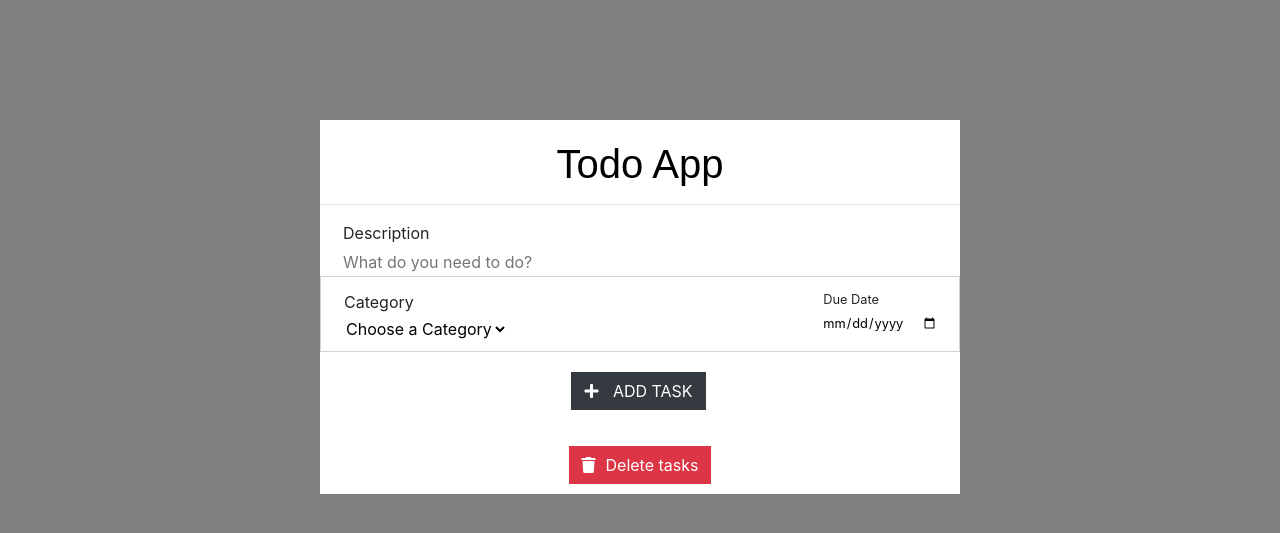
Repository: Sayan-100/Todo-List
Page: http://localhost/
These files come from the project's save history. The page is drawn as it stood at one moment and after the next save; the edit follows.
The browser window is 1280 px wide. The pictures show the whole page.
Some web libraries are served in a nearby version. The page is served by the project's Node server (index.js). Other server files are loaded and not shown. Queries for data that is not in the repository find no rows.

Above is the page before, as saved 2021-12-29 22:00:07.
Not found: js/home.js

### views/home.ejs
<!DOCTYPE html>
<html>

<head>

    <meta charset="UTF-8">
    <meta http-equiv="X-UA-Compatible" content="IE=edge">
    <meta name="viewport" content="width=device-width, initial-scale=1.0">
    <title>
        <%= title %>
    </title>
    <link rel="stylesheet" href="https://stackpath.bootstrapcdn.com/bootstrap/4.5.2/css/bootstrap.min.css" integrity="sha384-JcKb8q3iqJ61gNV9KGb8thSsNjpSL0n8PARn9HuZOnIxN0hoP+VmmDGMN5t9UJ0Z" crossorigin="anonymous">
    <link rel="stylesheet" href="https://use.fontawesome.com/releases/v5.5.0/css/all.css" integrity="sha384-B4dIYHKNBt8Bc12p+WXckhzcICo0wtJAoU8YZTY5qE0Id1GSseTk6S+L3BlXeVIU" crossorigin="anonymous">
    <link rel="stylesheet" href="/css/style.css">

</head>

<body>

    <div class="container">
        <h1> Todo App </h1>
        <hr>
        <form id="create-form" action="/create_todo" method="POST">
            <div class="description">
                <p>Description</p>
                <input type="text" name="description" id="desc" placeholder="What do you need to do?" required>
            </div>

            <div class="options">

                <div class="cat">
                    <p>Category</p>
                    <select name="category" placeholder="Choose a Category" id="cat" required>
                        <option name="Choose" selected>Choose a Category</option>
                        <option name="Personal">Personal</option>
                        <option name="Work">Work</option>
                        <option name="Cleaning">Cleaning</option>
                        <option name="School">School</option>
                        <option name="others">Others</option>
                    </select>
                </div>

                <div class="date">
                    <p>Due Date</p>
                    <input type="date" name="date" placeholder="dd/mm/yyyy">
                </div>
            </div>

            <div class="buttons">
                <button type="submit" class="btn btn-dark btn-1">
                    <i class="fas fa-plus"></i>
                    ADD TASK
                </button>

            </div>

        </form>



        <!-- form attribute is used to link the button with the form  by specifying the id -->

        <form id="delete-form" action="/delete-todo" method="POST">
            <ul>
                <% for(let i of todo_list) {%>
                    <li class="single-todo">

                        <div class="check">
                            <input type="checkbox" id="check" name="<%=i._id%>" value="">
                            <!-- name attribute is used to take id of selected to do list from the from tag to the controller-->

                            <div class="desc_and_date">
                                <b>
                                    <span>
                                        <%= i.Description%>
                                    </span>
                                </b>

                                <span class="date">
                                   <i class="fas fa-calendar"></i>
                                    <%=i.DueDate%>
                                </span>
                            </div>
                        </div>

                        <div id="category">
                            <span>
                                <%= i.Category %>
                            </span>
                        </div>

                    </li>
                    <% } %>
            </ul>

            <div class="submitbtn">
                <button type="submit" class="btn btn-danger btn-2" form="delete-form"><i class="fas fa-trash"></i>Delete tasks</button>
            </div>

        </form>
    </div>



    <script type="text/javascript" src="/js/home.js">
    </script>

</body>

</html>

### index.js
const express = require('express');
const path = require('path');
const port = 8000;

const db = require('./config/mongoose');
const to_do = require('./models/to-do');

const app = express();

app.set('view engine', 'ejs');
app.set('views', path.join(__dirname, 'views'));

app.use(express.urlencoded());
app.use(express.static('assests'));
app.get('/', function(req, res) {

    //res.send('<h1>cool it is running or is it ?</h1>')
    to_do.find({}, function(err, todos) {
        if (err) {
            console.log('Error in fetching todo from db');
            return;
        }

        return res.render('home', {
            title: "My todo List",
            todo_list: todos
        });
    });

});

app.post('/delete-todo', function(req, res) {
    let id = req.query.id;
    Object.keys(req.body).forEach(function(id) {
        to_do.findByIdAndDelete(id, function(err) {
            if (err) {
                console.log('Error in deleting a object form database');
                return;
            }
        });
        return res.redirect('back');
    })
});

//   to_do.findByIdAndDelete(id, function(err) {
//         if (err) {
//             console.log('Error in deleting a object form database');
//             return;
//         }

//         return res.redirect('back');
//})
app.post('/create_todo', function(req, res) {

    console.log(req.body);
    let date = "NO DEADLINE";
    console.log('**********', date);
    if (req.body.date) {
        date = req.body.date;
    }

    to_do.create({
        Description: req.body.description,
        Category: req.body.category,
        DueDate: date

    }, function(err, newTodo) {

        if (err) {
            console.log('Error in creating a todo');
            return;
        }

        console.log('**********', newTodo);
        return res.redirect('back');

    });
});


app.listen(port, function(err) {
    if (err) {
        console.log('Error in running server');
    }

    console.log('Yup! my server is running on port', port);
});

### assests/css/style.css
body {
    background-color: gray;
    margin: 0;
}

h1 {
    color: black;
    text-align: center;
    font-family: sans-serif;
    padding: 20px 20px 0px 20px;
    margin-bottom: 0px;
}

.container {
    width: 50%;
    margin: auto;
    background-color: white;
    padding: 0px;
    margin-top: 120px;
}

.form-fill {
    display: flex;
    flex-direction: column;
}

.options {
    display: flex;
    justify-content: space-between;
}

input {
    outline: none;
    border: 1px solid transparent;
}

#desc {
    width: 100%;
}

p {
    margin: 3px;
}

select {
    outline: none;
    border: 1px solid transparent;
    background-color: white;
    width: 100%;
}

option {
    padding: 5px;
    border: 1px solid transparent;
}

.description {
    border: 0px 1px 1px 1px solid lightgray;
    padding: 0px 20px;
}

.options {
    border: 1px solid lightgray;
    padding: 10px 20px;
}

.buttons {
    display: flex;
    justify-content: center;
    padding: 20px;
}

.btn-1 {
    margin-right: 3px;
    border-radius: 0px;
}

.btn-2 {
    border-radius: 0px;
}

.submitbtn {
    display: flex;
    justify-content: center;
    padding-bottom: 10px;
}

.single-todo {
    display: flex;
    justify-content: space-between;
    align-items: center;
}

.desc_and_date {
    display: flex;
    flex-direction: column;
    margin-left: 15px;
}

.date {
    font-size: 0.8rem;
}

ul {
    padding: 0;
}

li {
    padding: 10px;
    /* padding-left:30px; */
    border: 1px solid lightgray;
}

#category {
    margin-right: 3%;
    color: white;
    padding: 4px;
    width: 80px;
    height: 45px;
    text-align: center;
}

#category:nth-of-type(2n) {
    background-color: rgb(12, 12, 63);
}

#category span {
    position: relative;
    top: 5px;
}

.check {
    display: flex;
    align-items: center;
    justify-content: flex-start;
    width: 40%;
}

li:hover {
    background-color: lightgrey;
}

@media screen and (max-width:900px) {
    .container {
        width: 70%;
    }
}

i {
    margin-right: 10px;
}

After the next save:
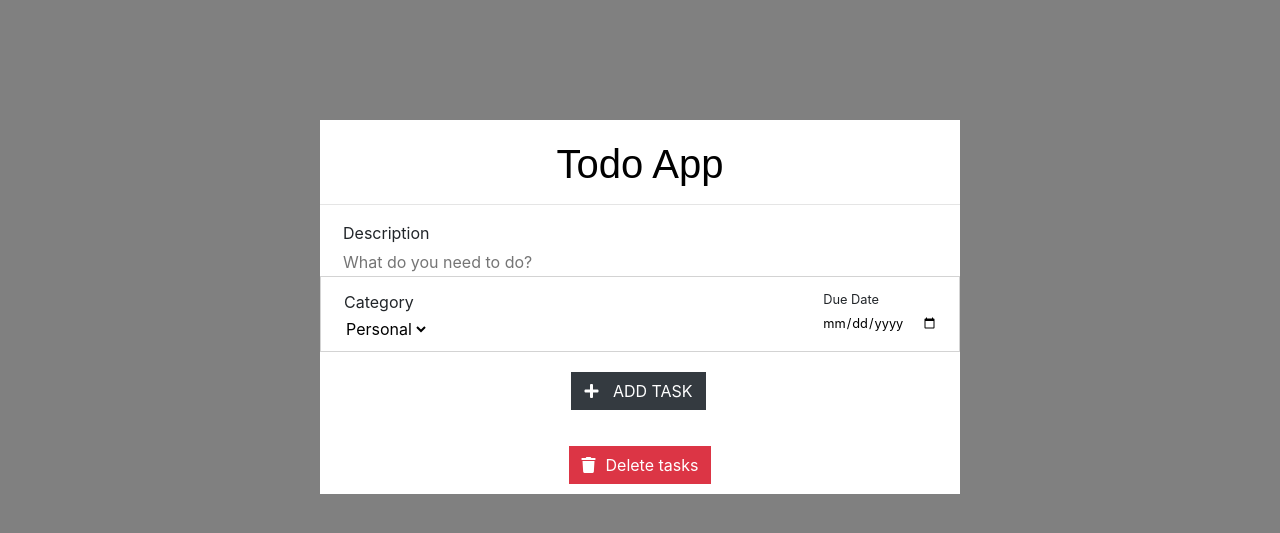
Saved 5 s later.
--- a/views/home.ejs
+++ b/views/home.ejs
@@ -31,7 +31,7 @@
                 <div class="cat">
                     <p>Category</p>
                     <select name="category" placeholder="Choose a Category" id="cat" required>
-                        <option name="Choose" selected>Choose a Category</option>
+                        <!-- <option name="Choose" selected>Choose a Category</option> -->
                         <option name="Personal">Personal</option>
                         <option name="Work">Work</option>
                         <option name="Cleaning">Cleaning</option>

After the save that followed:
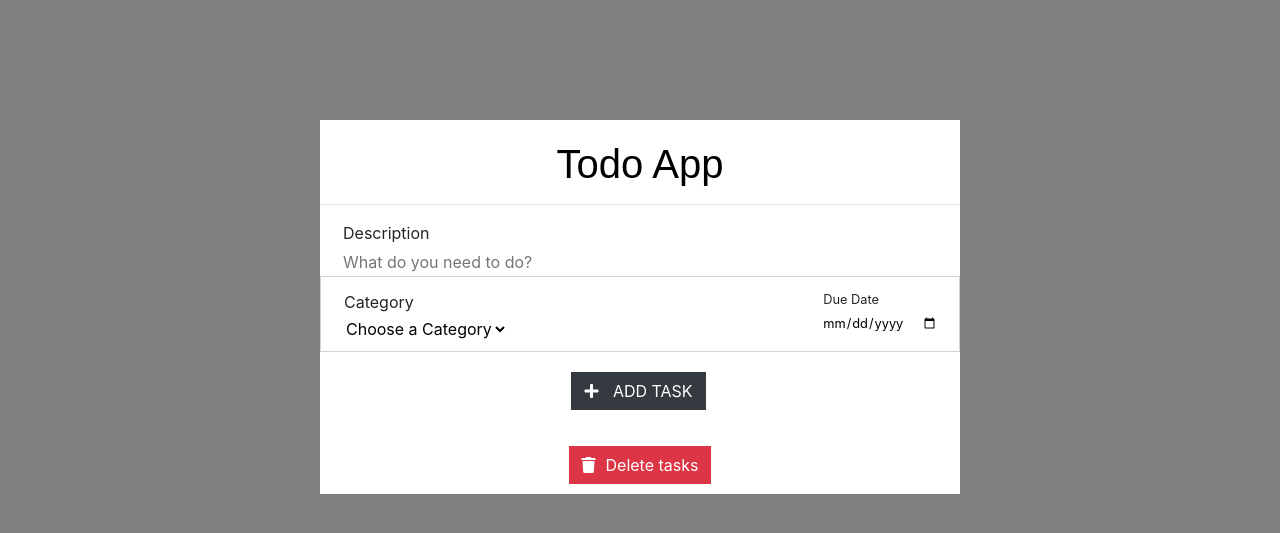
Saved 29 s later.
--- a/views/home.ejs
+++ b/views/home.ejs
@@ -30,8 +30,8 @@
 
                 <div class="cat">
                     <p>Category</p>
-                    <select name="category" placeholder="Choose a Category" id="cat" required>
-                        <!-- <option name="Choose" selected>Choose a Category</option> -->
+                    <select name="category" id="cat" required>
+                        <option name="Choose" selected>Choose a Category</option>
                         <option name="Personal">Personal</option>
                         <option name="Work">Work</option>
                         <option name="Cleaning">Cleaning</option>
